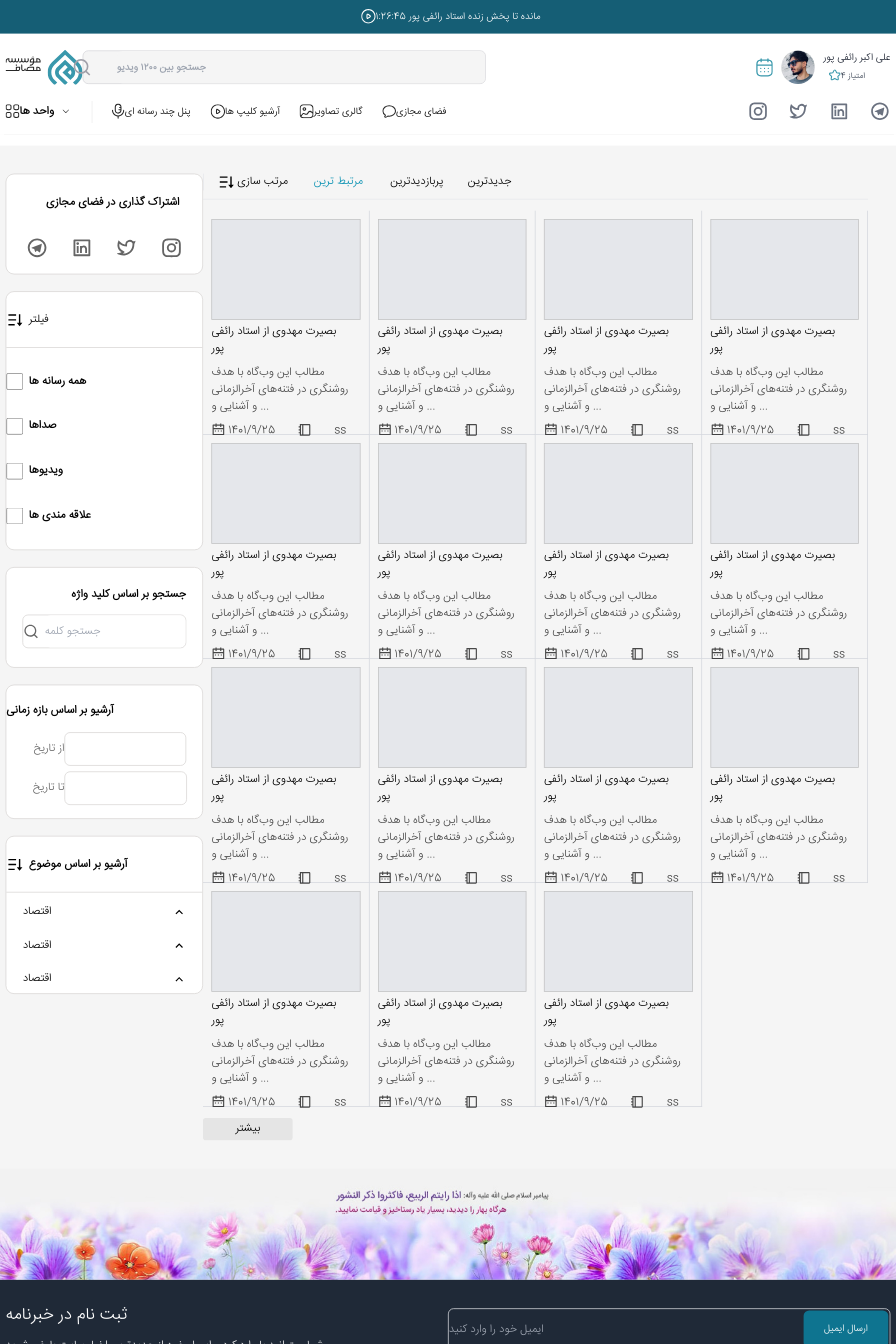
Repository: homan-tehrani/uiUserNative
Page: /multimedia
These files come from the project's save history. The page is drawn as it stood at one moment and after the next save; the edit follows.
The browser window is 1280 px wide. The pictures show the part of the page from y = 0 to 1920 px (the page is 2769 px tall), at 70% of full size.
The project was rebuilt for these pictures with package versions that can differ from the ones it lists, and the page was loaded fresh each time. The framework's server and built-in components were replaced by stand-ins that run in the browser. Also part of the build but not shown: next.config.js, src/components/MenuForUnits.js, src/components/AccordionForUnits.js, src/components/MenuResponsive.js.

Above is the page before, as saved 2023-04-25 01:59:39.

### src/pages/_app.js
import Layoute from 'components/layout/Layoute'
import 'styles/globals.css'

export default function App({ Component, pageProps }) {
  return <Layoute>
    <Component {...pageProps} />
  </Layoute>
}

### src/pages/multimedia/index.js
import React, { useState, useEffect } from 'react';
import { albumPhoto } from '../../../src/db.json';
import Loading from 'components/loading';
import CourseCart from 'components/CourseCart';
import Aside from 'components/Aside';
import AsideResponsive from 'components/AsideResponsive';
export default function Multimedia() {
  const [allcorses, setAllCorses] = useState(null);

  useEffect(() => {
    setAllCorses(albumPhoto);
  }, []);

  if (!allcorses) {
    return <Loading />;
  }

  return (
    <div className=" bg-neutral-100 flex h-max py-10 w-full mt-4 gap-x-1 ">
      <div className="hidden  sm:flex  md:flex justify-evenly container sm:px-2 mx-auto sm:justify-between sm:gap-x-0 gap-x-2 ">
        <Aside />
        <CourseCart data={allcorses} />
      </div>
      <AsideResponsive />
    </div>
  );
}

### src/components/layout/Layoute.js
import React from "react";
import Header from "./Header";
import Fotter from "./Fotter";
import Speech from "../Speech";

export default function Layoute({ children , datas }) {
  return (
    <>
      <Header  />
      <div>{children}</div>
      <Speech />
      <Fotter datas={datas} />
    </>
  );
}

### src/styles/globals.css
@tailwind base;
@tailwind components;
@tailwind utilities;

@font-face {
    font-family: iransans;
    src: url("../../public/assets/fonts/iransans/irsans-l.woff");
}

html , body{
    font-family: iransans;
  }

.slider-master
.swiper-pagination-bullet{
  width: 14px;
  height: 14px;
  background-color: #3998AC;
}

.slider-master
.swiper-pagination-bullet-active {
  width: 60px;
  border-radius: 60px;
}

### src/components/loading.js
const Loading =()=> {
    return (
      <div className="w-full h-full flex justify-center items-center py-5">
        <svg aria-hidden="true" class="w-12 h-12 text-gray-200 animate-spin dark:text-gray-600 fill-cyan-600" viewBox="0 0 100 101" fill="none" xmlns="http://www.w3.org/2000/svg">
            <path d="M100 50.5908C100 78.2051 77.6142 100.591 50 100.591C22.3858 100.591 0 78.2051 0 50.5908C0 22.9766 22.3858 0.59082 50 0.59082C77.6142 0.59082 100 22.9766 100 50.5908ZM9.08144 50.5908C9.08144 73.1895 27.4013 91.5094 50 91.5094C72.5987 91.5094 90.9186 73.1895 90.9186 50.5908C90.9186 27.9921 72.5987 9.67226 50 9.67226C27.4013 9.67226 9.08144 27.9921 9.08144 50.5908Z" fill="currentColor"/>
            <path d="M93.9676 39.0409C96.393 38.4038 97.8624 35.9116 97.0079 33.5539C95.2932 28.8227 92.871 24.3692 89.8167 20.348C85.8452 15.1192 80.8826 10.7238 75.2124 7.41289C69.5422 4.10194 63.2754 1.94025 56.7698 1.05124C51.7666 0.367541 46.6976 0.446843 41.7345 1.27873C39.2613 1.69328 37.813 4.19778 38.4501 6.62326C39.0873 9.04874 41.5694 10.4717 44.0505 10.1071C47.8511 9.54855 51.7191 9.52689 55.5402 10.0491C60.8642 10.7766 65.9928 12.5457 70.6331 15.2552C75.2735 17.9648 79.3347 21.5619 82.5849 25.841C84.9175 28.9121 86.7997 32.2913 88.1811 35.8758C89.083 38.2158 91.5421 39.6781 93.9676 39.0409Z" fill="currentFill"/>
        </svg>
      </div>
    );
  }

  export default Loading;

### src/components/CourseCart.js
import React from 'react';
import Link from 'next/link';
import Loading from './loading';
export default function CourseCart({ data }) {
  console.log(data);
  if (!data) {
    return <Loading />;
  }
  return (
    <div className="relative w-full h-full  flex flex-col   md:translate-x-0 gap-y-4  pr-8">
      <div className="  w-full text-sm md:text-base border-b pb-3 flex  items-end  gap-x-1 md:gap-x-4 lg:gap-x-8  ">
        <div className=" w-26 flex items-center justify-center gap-x-1 border-l pl-3 sm:pl-5">
          <svg
            xmlns="http://www.w3.org/2000/svg"
            className="w-4 md:w-6"
            viewBox="0 0 24 24"
          >
            <path
              d="M20 4V16H23L19 21L15 16H18V4H20ZM12 18V20H3V18H12ZM14 11V13H3V11H14ZM14 4V6H3V4H14Z"
              fill="#000"
            ></path>
          </svg>
          <button className="">مرتب سازی </button>
        </div>
        <button className="text-cyan-600  w-16 md:w-20">
          مرتبط ترین
        </button>
        <button className="w-20 ">پربازدیدترین</button>
        <button className="w-16 ">جدیدترین</button>
      </div>

      <div className="grid grid-cols-4">
        {data.map((item) => (
          <>
            <div
              key={item.id}
              className=" h-80 hover:bg-white border-r border-b border-gray-300  p-3 cursor-pointer"
            >
              <div className="w-full h-36 bg-gray-200">
                <img
                  src={item.coverImage}
                  alt={item.title}
                  className="w-full h-full"
                />
              </div>
              <div className="flex flex-col h-44 justify-around pr-4">
                <div>
                  <p>بصیرت مهدوی از استاد رائفی پور</p>
                </div>

                <p className="opacity-70">
                مطالب این وب‌گاه با هدف روشنگری در فتنه‌های آخرالزمانی و آشنایی و ...
                  </p>
                <div className="flex gap-x-8 opacity-70">
                  <div className="flex gap-x-1">
                    <svg
                      xmlns="http://www.w3.org/2000/svg"
                      viewBox="0 0 24 24"
                      width="20"
                      height="20"
                    >
                      <path fill="none" d="M0 0h24v24H0z" />
                      <path d="M17 3h4a1 1 0 0 1 1 1v16a1 1 0 0 1-1 1H3a1 1 0 0 1-1-1V4a1 1 0 0 1 1-1h4V1h2v2h6V1h2v2zm3 8H4v8h16v-8zm-5-6H9v2H7V5H4v4h16V5h-3v2h-2V5zm-9 8h2v2H6v-2zm5 0h2v2h-2v-2zm5 0h2v2h-2v-2z" />
                    </svg>
                    <p>1401/9/25</p>
                  </div>

                  <svg
                    xmlns="http://www.w3.org/2000/svg"
                    viewBox="0 0 24 24"
                    width="20"
                    height="20"
                  >
                    <path fill="none" d="M0 0h24v24H0z" />
                    <path d="M20.005 2C21.107 2 22 2.898 22 3.99v16.02c0 1.099-.893 1.99-1.995 1.99H4v-4H2v-2h2v-3H2v-2h2V8H2V6h2V2h16.005zM8 4H6v16h2V4zm12 0H10v16h10V4z" />
                  </svg>
                  <span> {
                    (Array.isArray(item?.portal) && item?.portal.length > 0) ? (item?.portal[0].name) : 'ss' }
                  </span>
                </div>
              </div>
            </div>

            <Link
              href={`/units/${item.id}`}
              className="w-full h-full absolute top-0 left-0  "
            ></Link>
          </>
        ))}
      </div>
      <button className="w-32 h-8 bg-neutral-200 rounded">
        بیشتر
      </button>
    </div>
  );
}

### src/components/Aside.js
import React from 'react'
import AccordionForMultiMedia from './AccordionForMultiMedia'

export default function Aside() {
  return (
    <aside className="w-80 h-full   md:mr-0 md:translate-x-0 flex flex-col  items-start justify-start gap-y-6 ">
    <div className="w-282px  border border-stone-300 h-36 bg-white rounded-xl flex flex-col items-center justify-center gap-y-3">
      <p className="text-right pl-6 font-bold">
        اشتراک گذاری در فضای مجازی
      </p>
      <div className="xs:-translate-y-4  flex  w-11/12 xs:h-8 xs:w-32  justify-around h-12 items-center rounded-md  translate-y-4 fill-white opacity-60">
        <svg
          className="cursor-pointer fill-black xs:w-6 w-8"
          xmlns="http://www.w3.org/2000/svg"
          viewBox="0 0 24 24"
        >
          <path fill="none" d="M0 0h24v24H0z" />
          <path d="M12 20a8 8 0 1 0 0-16 8 8 0 0 0 0 16zm0 2C6.477 22 2 17.523 2 12S6.477 2 12 2s10 4.477 10 10-4.477 10-10 10zm-3.11-8.83l-2.498-.779c-.54-.165-.543-.537.121-.804l9.733-3.76c.565-.23.885.061.702.79l-1.657 7.82c-.116.557-.451.69-.916.433l-2.551-1.888-1.189 1.148c-.122.118-.221.219-.409.244-.187.026-.341-.03-.454-.34l-.87-2.871-.012.008z" />
        </svg>
        <svg
          className="cursor-pointer fill-black xs:w-6 w-8"
          xmlns="http://www.w3.org/2000/svg"
          viewBox="0 0 24 24"
        >
          <path fill="none" d="M0 0h24v24H0z" />
          <path d="M4 3h16a1 1 0 0 1 1 1v16a1 1 0 0 1-1 1H4a1 1 0 0 1-1-1V4a1 1 0 0 1 1-1zm1 2v14h14V5H5zm2.5 4a1.5 1.5 0 1 1 0-3 1.5 1.5 0 0 1 0 3zm-1 1h2v7.5h-2V10zm5.5.43c.584-.565 1.266-.93 2-.93 2.071 0 3.5 1.679 3.5 3.75v4.25h-2v-4.25a1.75 1.75 0 0 0-3.5 0v4.25h-2V10h2v.43z" />
        </svg>
        <svg
          className="cursor-pointer fill-black xs:w-6 w-8"
          xmlns="http://www.w3.org/2000/svg"
          viewBox="0 0 24 24"
        >
          <path fill="none" d="M0 0h24v24H0z" />
          <path d="M15.3 5.55a2.9 2.9 0 0 0-2.9 2.847l-.028 1.575a.6.6 0 0 1-.68.583l-1.561-.212c-2.054-.28-4.022-1.226-5.91-2.799-.598 3.31.57 5.603 3.383 7.372l1.747 1.098a.6.6 0 0 1 .034.993L7.793 18.17c.947.059 1.846.017 2.592-.131 4.718-.942 7.855-4.492 7.855-10.348 0-.478-1.012-2.141-2.94-2.141zm-4.9 2.81a4.9 4.9 0 0 1 8.385-3.355c.711-.005 1.316.175 2.669-.645-.335 1.64-.5 2.352-1.214 3.331 0 7.642-4.697 11.358-9.463 12.309-3.268.652-8.02-.419-9.382-1.841.694-.054 3.514-.357 5.144-1.55C5.16 15.7-.329 12.47 3.278 3.786c1.693 1.977 3.41 3.323 5.15 4.037 1.158.475 1.442.465 1.973.538z" />
        </svg>
        <svg
          className="cursor-pointer fill-black xs:w-6 w-8"
          xmlns="http://www.w3.org/2000/svg"
          viewBox="0 0 24 24"
        >
          <path fill="none" d="M0 0h24v24H0z" />
          <path d="M12 9a3 3 0 1 0 0 6 3 3 0 0 0 0-6zm0-2a5 5 0 1 1 0 10 5 5 0 0 1 0-10zm6.5-.25a1.25 1.25 0 0 1-2.5 0 1.25 1.25 0 0 1 2.5 0zM12 4c-2.474 0-2.878.007-4.029.058-.784.037-1.31.142-1.798.332-.434.168-.747.369-1.08.703a2.89 2.89 0 0 0-.704 1.08c-.19.49-.295 1.015-.331 1.798C4.006 9.075 4 9.461 4 12c0 2.474.007 2.878.058 4.029.037.783.142 1.31.331 1.797.17.435.37.748.702 1.08.337.336.65.537 1.08.703.494.191 1.02.297 1.8.333C9.075 19.994 9.461 20 12 20c2.474 0 2.878-.007 4.029-.058.782-.037 1.309-.142 1.797-.331.433-.169.748-.37 1.08-.702.337-.337.538-.65.704-1.08.19-.493.296-1.02.332-1.8.052-1.104.058-1.49.058-4.029 0-2.474-.007-2.878-.058-4.029-.037-.782-.142-1.31-.332-1.798a2.911 2.911 0 0 0-.703-1.08 2.884 2.884 0 0 0-1.08-.704c-.49-.19-1.016-.295-1.798-.331C14.925 4.006 14.539 4 12 4zm0-2c2.717 0 3.056.01 4.122.06 1.065.05 1.79.217 2.428.465.66.254 1.216.598 1.772 1.153a4.908 4.908 0 0 1 1.153 1.772c.247.637.415 1.363.465 2.428.047 1.066.06 1.405.06 4.122 0 2.717-.01 3.056-.06 4.122-.05 1.065-.218 1.79-.465 2.428a4.883 4.883 0 0 1-1.153 1.772 4.915 4.915 0 0 1-1.772 1.153c-.637.247-1.363.415-2.428.465-1.066.047-1.405.06-4.122.06-2.717 0-3.056-.01-4.122-.06-1.065-.05-1.79-.218-2.428-.465a4.89 4.89 0 0 1-1.772-1.153 4.904 4.904 0 0 1-1.153-1.772c-.248-.637-.415-1.363-.465-2.428C2.013 15.056 2 14.717 2 12c0-2.717.01-3.056.06-4.122.05-1.066.217-1.79.465-2.428a4.88 4.88 0 0 1 1.153-1.772A4.897 4.897 0 0 1 5.45 2.525c.638-.248 1.362-.415 2.428-.465C8.944 2.013 9.283 2 12 2z" />
        </svg>
      </div>
    </div>
    <div className="w-282px h-370px  border border-stone-300 rounded-xl bg-white">
      <div className="w-full h-20  border-b border-stone-300 flex items-center justify-start pr-6 gap-x-2 ">
        <svg
          xmlns="http://www.w3.org/2000/svg"
          viewBox="0 0 24 24"
          width="24"
          height="24"
        >
          <path
            d="M20 4V16H23L19 21L15 16H18V4H20ZM12 18V20H3V18H12ZM14 11V13H3V11H14ZM14 4V6H3V4H14Z"
            fill="#000"
          ></path>
        </svg>
        <p>فیلتر</p>
      </div>
      <div className="w-full h-64 translate-y-4 flex flex-col justify-around pr-4 font-bold">
        <div className="flex  items-center justify-satrt  gap-x-2">
          <input type="checkbox" className="w-6 h-6 " />
          <p>همه رسانه ها</p>
        </div>
        <div className="flex items-center justify-satrt  gap-x-2">
          <input type="checkbox" className="w-6 h-6 " />
          <p>صداها</p>
        </div>
        <div className="flex items-center justify-satrt gap-x-2">
          <input type="checkbox" className="w-6 h-6 " />
          <p>ویدیوها</p>
        </div>
        <div className="flex items-center justify-satrt gap-x-2">
          <input type="checkbox" className="w-6 h-6 " />
          <p>علاقه مندی ها</p>
        </div>
      </div>
    </div>
    <div className="w-282px border border-stone-300 h-36 bg-white rounded-xl flex flex-col items-center justify-center gap-y-4">
      <p className="text-right  w-10/12 font-bold">
        جستجو بر اساس کلید واژه
      </p>
      <div className="w-10/12 h-12  flex items-center border border-stone-300 rounded-lg">
        <svg
          xmlns="http://www.w3.org/2000/svg"
          className="mr-2 opacity-60"
          viewBox="0 0 24 24"
          width="24"
          height="24"
        >
          <path
            d="M18.031 16.6168L22.3137 20.8995L20.8995 22.3137L16.6168 18.031C15.0769 19.263 13.124 20 11 20C6.032 20 2 15.968 2 11C2 6.032 6.032 2 11 2C15.968 2 20 6.032 20 11C20 13.124 19.263 15.0769 18.031 16.6168ZM16.0247 15.8748C17.2475 14.6146 18 12.8956 18 11C18 7.1325 14.8675 4 11 4C7.1325 4 4 7.1325 4 11C4 14.8675 7.1325 18 11 18C12.8956 18 14.6146 17.2475 15.8748 16.0247L16.0247 15.8748Z"
            fill="#000"
          ></path>
        </svg>
        <input
          placeholder="جستجو کلمه"
          type="text"
          className="w-11/12 h-full outline-0 pr-2 rounded-lg "
        />
      </div>
    </div>

    <div className="w-282px border border-stone-300 h-48 bg-white rounded-xl flex flex-col items-center justify-center  ">
      <p className="text-right mt-6 w-full pr-7 font-bold flex items-center  ">
        آرشیو بر اساس بازه زمانی
      </p>

      <div className="flex flex-col items-center justify-center  w-full h-full gap-y-2  ">
        <div className="flex items-cenetr h-12 justify-center">
          <p className="pl-4 flex items-center justify-center opacity-60">
            از تاریخ
          </p>
          <input
            type="text"
            className="border border-stone-300 h-full w-8/12 rounded-lg outline-0 pr-2"
          />
        </div>
        <div className="flex items-cenetr justify-center h-12 ">
          <p className="pl-4 flex items-center justify-center opacity-60">
            تا تاریخ
          </p>
          <input
            type="text"
            className="border border-stone-300 h-full w-8/12 rounded-lg outline-0 pr-2"
          />
        </div>
      </div>
    </div>
    <div className="w-282px  h-max border border-stone-300 rounded-xl bg-white ">
      <div className="w-full h-20  border-b border-stone-300 flex items-center justify-start pr-6 gap-x-2 ">
        <svg
          xmlns="http://www.w3.org/2000/svg"
          viewBox="0 0 24 24"
          width="24"
          height="24"
        >
          <path
            d="M20 4V16H23L19 21L15 16H18V4H20ZM12 18V20H3V18H12ZM14 11V13H3V11H14ZM14 4V6H3V4H14Z"
            fill="#000"
          ></path>
        </svg>
        <p className="font-bold">آرشیو بر اساس موضوع</p>
      </div>
  <AccordionForMultiMedia/>
  <AccordionForMultiMedia/>
  <AccordionForMultiMedia/>

    </div>
  </aside>
  )
}

### src/components/Speech.js
import React, { useEffect, useState } from "react";
import Loading from "./loading";
import {speech} from "../../src/db.json"

export default function Speech({ datas }) {
  const [imageSpeech, setImageSpeech] = useState(null);
  useEffect(() => {
    setImageSpeech(speech);
  }, []);

  if (!imageSpeech) {
    return <Loading />;
  }
  return (
    <div className="w-full flex justify-center items-center relative ">
      <div className="flex flex-col w-full h-max">
        <div className="flex flex-col w-full ">
          <img
            src={imageSpeech[0].src}
            alt={imageSpeech[0].alt}
            className="w-full h-full object-cover"
          />
        </div>
      </div>
    </div>
  );
}

### src/components/AccordionForMultiMedia.js
import {useState} from 'react'

export default function AccordionForMultiMedia() {
    const [isShowAccordion, setIsShowAccordion] = useState(false);
    const accordionHandler = () => {
        setIsShowAccordion((prev) => !prev);
      };
  return (
    <>
    <button
    onClick={accordionHandler}
    className=" w-10/12 mx-auto h-10 flex items-center mt-2 justify-between"
  >
    <p>اقتصاد</p>
    <div>
      {!isShowAccordion && (
        <svg
          xmlns="http://www.w3.org/2000/svg"
          viewBox="0 0 24 24"
          width="20"
          height="20"
        >
          <path
            d="M11.9997 10.8284L7.04996 15.7782L5.63574 14.364L11.9997 8L18.3637 14.364L16.9495 15.7782L11.9997 10.8284Z"
            fill="#000"
          ></path>
        </svg>
      )}
      {isShowAccordion && (
        <svg
          xmlns="http://www.w3.org/2000/svg"
          viewBox="0 0 24 24"
          width="20"
          height="20"
        >
          <path
            d="M11.9997 13.1714L16.9495 8.22168L18.3637 9.63589L11.9997 15.9999L5.63574 9.63589L7.04996 8.22168L11.9997 13.1714Z"
            fill="#000"
          ></path>
        </svg>
      )}
    </div>
  </button>
  {isShowAccordion && (
    <div className="w-10/12 mx-auto my-4 pb-4 flex flex-col gap-y-8 font-bold  border-b border-stone-300">
      <div className="flex items-center justify-satrt  gap-x-2 ">
        <input type="checkbox" className="w-6 h-6 " />
        <p>اقتصاد ایران</p>
      </div>
      <div className="flex items-center justify-satrt  gap-x-2">
        <input type="checkbox" className="w-6 h-6 " />
        <p>اقتصاد جهان</p>
      </div>
    </div>
  )}
  </>
  )
}

### src/components/AccordionMultiMediResponsive.js
import React, { useState } from 'react'

export default function AccordionMultiMediResponsive() {
    const[isShowAccordion , setIsShowAccordion] = useState(false)
    const accordionHandler = ()=>{
        setIsShowAccordion(prev=>!prev)
    }
  return (
    <>
     <button
              onClick={accordionHandler}
              className=" w-11/12 mx-auto h-10 flex items-center  my-2 justify-between"
            >
              <p>دشمن شناسی</p>
              <div>
                {!isShowAccordion && (
                  <svg
                    xmlns="http://www.w3.org/2000/svg"
                    viewBox="0 0 24 24"
                    width="20"
                    height="20"
                  >
                    <path
                      d="M11.9997 10.8284L7.04996 15.7782L5.63574 14.364L11.9997 8L18.3637 14.364L16.9495 15.7782L11.9997 10.8284Z"
                      fill="#000"
                    ></path>
                  </svg>
                )}
                {isShowAccordion && (
                  <svg
                    xmlns="http://www.w3.org/2000/svg"
                    viewBox="0 0 24 24"
                    width="20"
                    height="20"
                  >
                    <path
                      d="M11.9997 13.1714L16.9495 8.22168L18.3637 9.63589L11.9997 15.9999L5.63574 9.63589L7.04996 8.22168L11.9997 13.1714Z"
                      fill="#000"
                    ></path>
                  </svg>
                )}
              </div>
            </button>
            {isShowAccordion && (
              <div className="w-10/12 mx-auto pb-4 flex mt-4 flex-col gap-y-8 font-bold border-stone-300 border-b">
                <div className="flex items-center justify-satrt  gap-x-2 ">
                  <input type="checkbox" className="w-6 h-6 " />
                  <p>اقتصاد ایران</p>
                </div>
                <div className="flex items-center justify-satrt  gap-x-2">
                  <input type="checkbox" className="w-6 h-6 " />
                  <p>اقتصاد جهان</p>
                </div>
              </div>
            )}
    </>
  )
}

### tailwind.config.js
/** @type {import('tailwindcss').Config} */
module.exports = {
  content: [
    "./app/**/*.{js,ts,jsx,tsx}",
    "./pages/**/*.{js,ts,jsx,tsx}",
    "./components/**/*.{js,ts,jsx,tsx}",

    // Or if using `src` directory:
    "./src/**/*.{js,ts,jsx,tsx}",
  ],
  theme: {
    extend: {
      screens:{
        'xs':{'max':'430px'},
      },
      spacing: {
        '148': '37rem',
        '120':'36rem',
        '152':'42rem',
        '90':'25rem',
        '98':'28rem',
        '100':'30rem',
        '110':'33rem',
        'ppx':'0.5px',
        '400px': '400px',
        '300px':'300px',
        '1200px':'1200px',
        '370px':'370px',
        '305px':'305px',
        '282px':'282px'
      },
      fontSize:{
        tsm:['13px','19px'],
        ssm:['12px','18px'],
        xsm:['11px','17px'],
        xxsm:['10px','16px'],
        xxxsm:['8px','12px'],
      },
    },
  },
  plugins: [],
}

Loaded but not shown: src/db.json (58 lines, source omitted); src/components/layout/Fotter.js (133 lines, source omitted); src/components/layout/Header.js (154 lines, source omitted); src/components/NavBar.js (89 lines, source omitted); src/components/AsideResponsive.js (296 lines, source omitted)

After the next save:
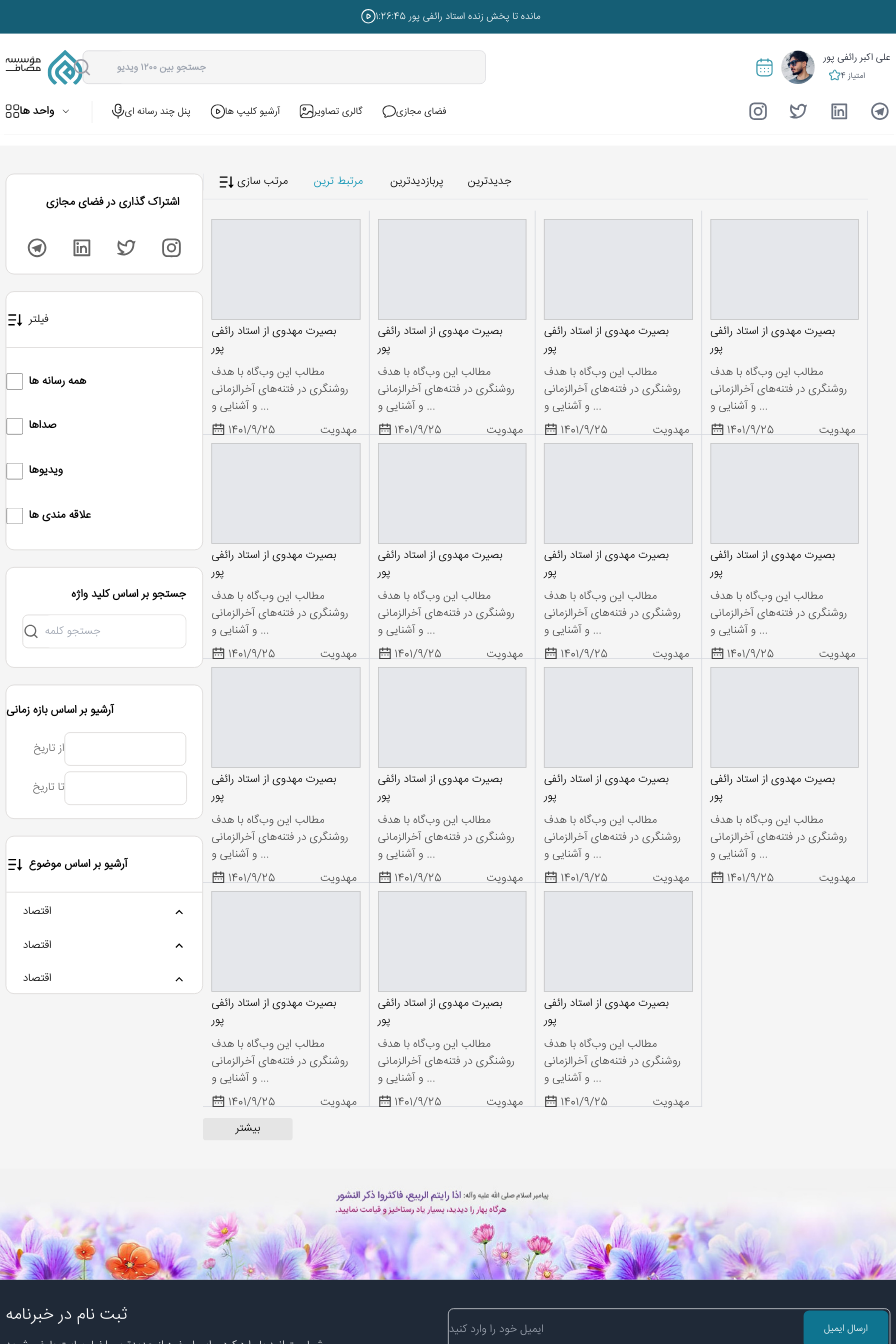
Saved 40 s later.
--- a/src/components/CourseCart.js
+++ b/src/components/CourseCart.js
@@ -75,7 +75,7 @@ export default function CourseCart({ data }) {
                     <path d="M20.005 2C21.107 2 22 2.898 22 3.99v16.02c0 1.099-.893 1.99-1.995 1.99H4v-4H2v-2h2v-3H2v-2h2V8H2V6h2V2h16.005zM8 4H6v16h2V4zm12 0H10v16h10V4z" />
                   </svg>
                   <span> {
-                    (Array.isArray(item?.portal) && item?.portal.length > 0) ? (item?.portal[0].name) : 'ss' }
+                    (Array.isArray(item?.portal) && item?.portal.length > 0) ? (item?.portal[0].name) : 'مهدویت' }
                   </span>
                 </div>
               </div>
